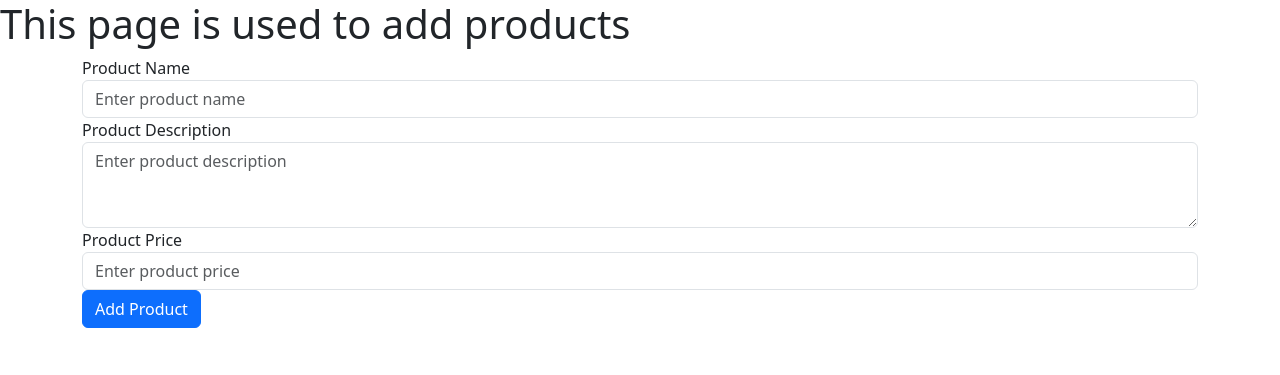
Repository: Rahulpanchal16/springMVCcrud
Page: http://localhost/SpringCRUDproject/WEB-INF/views/add_product_form.jsp
An editor plug-in stored every save of this project. The page is shown before and after the next save, followed by the edit.
The browser window is 1280 px wide. The pictures show the whole page.
The page is served by Tomcat 9. Nobody is signed in. The template is opened directly, without the code that normally fills it, so the values that code supplies are empty.

Above is the page before, as saved 2023-04-10 08:53:15.

After the next save:
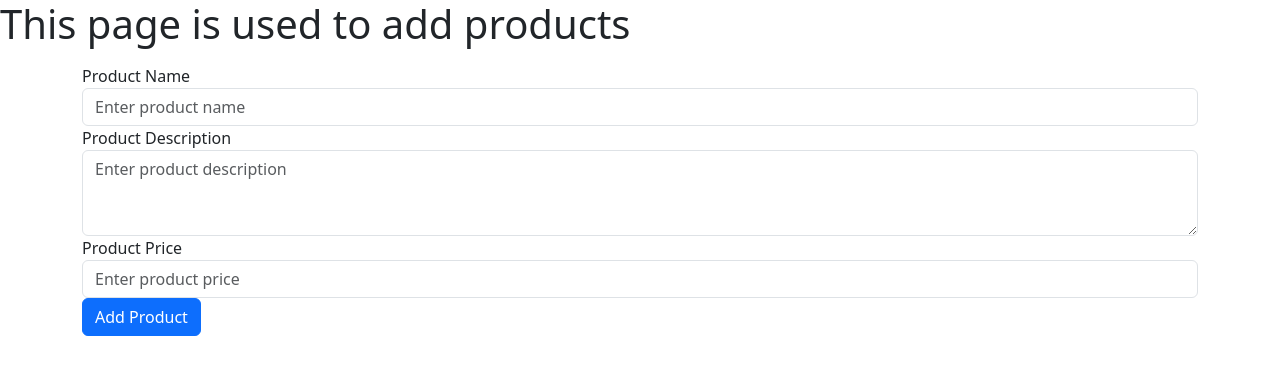
Saved 2 min 16 s later.
--- a/SpringCRUDproject/src/main/webapp/WEB-INF/views/add_product_form.jsp
+++ b/SpringCRUDproject/src/main/webapp/WEB-INF/views/add_product_form.jsp
@@ -8,7 +8,7 @@
 </head>
 <body>
 	<h1>This page is used to add products</h1>
-	<div class="container">
+	<div class="container mt-3">
 	<form action="handleproduct" method="post">
   <div class="form-group">
     <label for="name">Product Name</label>
